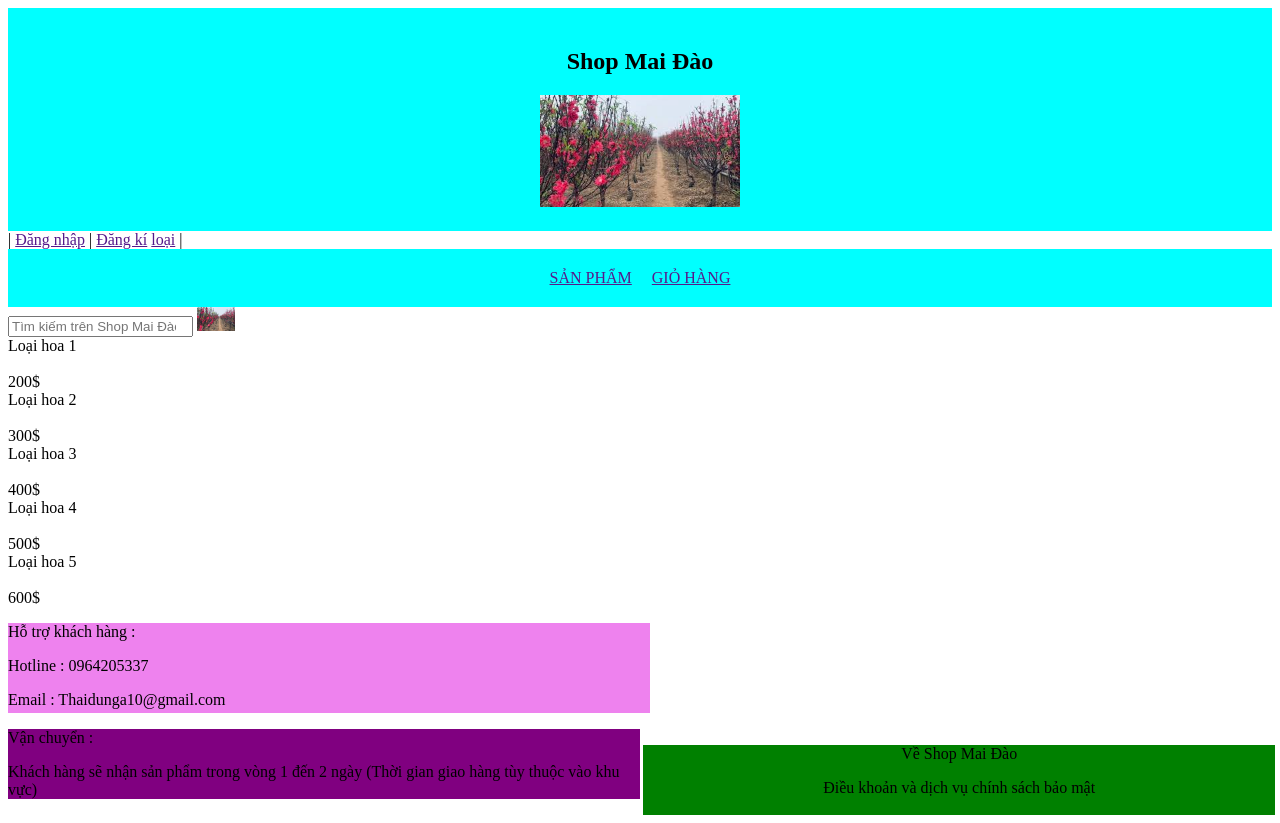
Repository: 08PS22617Dung/08-PS22617-D-ng
Page: agm2/index.html
The author's editor kept a copy of each file at every save. The page is drawn from the files as they stood at one save, then again after the next save.
The browser window is 1280 px wide. The pictures show the whole page.

Above is the page before, as saved 2022-02-14 08:55:58.
Not found: agm2/dangki.html
Not found: agm2/dangnhap.html

### agm2/index.html
<!DOCTYPE html>
<html lang="en">

<head>
    <meta charset="UTF-8">
    <meta http-equiv="X-UA-Compatible" content="IE=edge">
    <meta name="viewport" content="width=device-width, initial-scale=1.0">
    <title>Document</title>
    <link rel="stylesheet" href="1.css">
    <link rel="stylesheet" href="dangnhap.html">
    <link rel="stylesheet" href="dangki.html">
</head>

<body>
    <header>
        <div box="container">
            <nav>
                <h1>Shop Mai Đào</h1>
                <img width="200px" src="img/images.jfif">
            </nav>
            <div class="xin chào">|
                <a href="">Đăng nhập</a> |
                <a href="">Đăng kí</a>
                <a href="">loại</a> |
            </div>
            <nav class="lựa chọn">
                <a href="">SẢN PHẨM</a>&emsp;
                <a href="">GIỎ HÀNG</a>
            </nav>
            <div class="searh-text">
                <input type="search" name="Tìm kiếm" placeholder="Tìm kiếm trên Shop Mai Đào...">

                <img src="img/images.jfif" width="38" height="24">
                <a href="#" class="search-btn">
                    <i class="fa fa-search"></i>
                </a>
            </div>
            <article>
                <div class="box-26">
                    <div class="Loại 1">
                        <div class="Ten">Loại hoa 1</div>
                        <img src="" alt="" />
                        <div class="gia">200$</div>
                    </div>
                </div>
                <div class="box-26">
                    <div class="Loại 2">
                        <div class="Ten">Loại hoa 2</div>
                        <img src="" alt="" />
                        <div class="gia">300$</div>
                    </div>
                </div>
                <div class="box-26">
                    <div class="Loại 3">
                        <div class="Ten">Loại hoa 3</div>
                        <img src="" alt="" />
                        <div class="gia">400$</div>
                    </div>
                </div>
                <div class="box-26">
                    <div class="Loại 4">
                        <div class="Ten">Loại hoa 4</div>
                        <img src="" alt="" />
                        <div class="gia">500$</div>
                    </div>
                </div>
                <div class="box-26">
                    <div class="Loại 5">
                        <div class="Ten">Loại hoa 5</div>
                        <img src="" alt="" />
                        <div class="gia">600$</div>
                    </div>
                </div>
            </article>
            <footer></footer>
            <div class="box--1">
                <p class="box--letter">Hỗ trợ khách hàng :</p>
                <p>Hotline : 0964205337</p>
                <p>Email : Thaidunga10@gmail.com</p>
              </div>
              <div class="box--2">
                <p class="box--letter">Vận chuyển :</p>
                <p>
                  Khách hàng sẽ nhận sản phẩm trong vòng 1 đến 2 ngày (Thời gian giao hàng tùy thuộc vào khu vực)
                </p>
              </div>
              <div class="box--3">
                <p class="box--letter">Về Shop Mai Đào</p>
                <p>Điều khoản và dịch vụ chính sách bảo mật</p>
              </div>
            </footer>
    </header>
    </div>
</body>

</html>

### agm2/1.css
nav{
    background: aqua;
    padding:20px;
    text-align: center;
}
.box--1 {
    width: 50%;
    background-color: violet;
    height: 90px;
    padding-right: 10px;
  }
.box--2 {
    background-color: purple;
    width: 50%;
    height: 70px;
  }
.box--3 {
    background-color: green;
    width: 50%;
    height: 70px;
    text-align: center;
    margin-top: -70px;
    margin-left: 39.7rem;
  }
footer {
    padding: 0 auto;
    color: white;
    clear: left;
    background-color: red;
  }

After the next save:
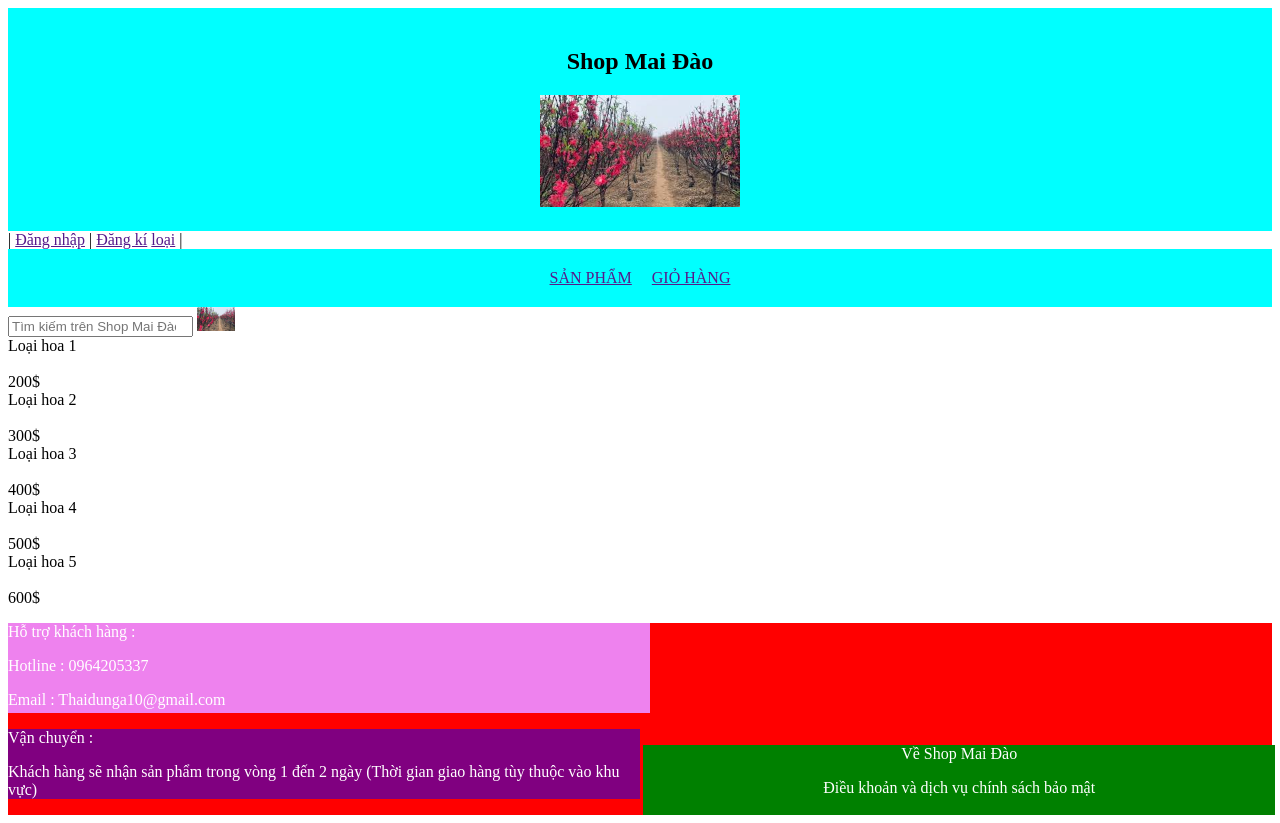
Saved 6 s later.
--- a/agm2/index.html
+++ b/agm2/index.html
@@ -72,7 +72,7 @@
                     </div>
                 </div>
             </article>
-            <footer></footer>
+            <footer>
             <div class="box--1">
                 <p class="box--letter">Hỗ trợ khách hàng :</p>
                 <p>Hotline : 0964205337</p>
